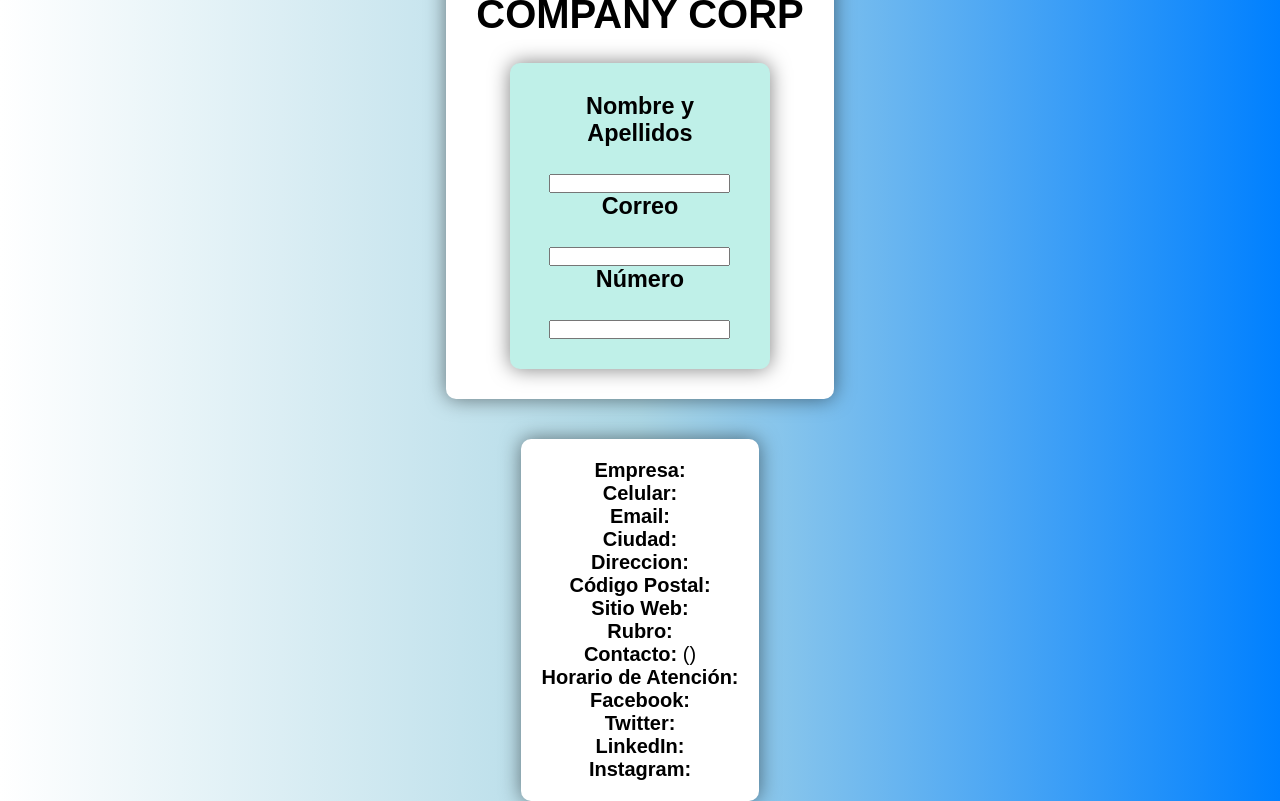
Repository: ANGELEDU141/TAREAWEBEWJASJDASJ
Page: http://localhost/JAVAWEBTAREA/WEB-INF/views/contenido.jsp
An editor plug-in stored every save of this project. The page is shown before and after the next save, followed by the edit.
The browser window is 1280 px wide. The pictures show the whole page.
The page is served by Tomcat 9. Nobody is signed in. Other server files are loaded and not shown. The template is opened directly, without the code that normally fills it, so the values that code supplies are empty.

Above is the page before, as saved 2024-09-01 10:06:40.

### JAVAWEBTAREA/src/main/webapp/WEB-INF/views/contenido.jsp
<%@ page language="java" contentType="text/html; charset=UTF-8"
    pageEncoding="UTF-8"%>
<!DOCTYPE html>
<html>
<head>
<meta charset="UTF-8">
<title> COMPANY </title>
<link rel="icon" href="https://static.vecteezy.com/system/resources/previews/008/214/517/non_2x/abstract-geometric-logo-or-infinity-line-logo-for-your-company-free-vector.jpg">
<style>
    body {


        height: 100vh;
        display: flex;
        align-items:center;
         flex-direction: column;
        justify-content: center; /* Centra horizontalmente */
        align-items: center; /* Centra verticalmente */
        font-family: Arial, sans-serif;
		background: linear-gradient(to right, rgb(255, 255, 255), rgb(173, 216, 230), rgb(0, 128, 255));

    }
    .container {

        max-width: 600px;
        display:flex;
   		flex-direction:column;
   		align-content:center;
   		justify-content: center;
   		align-items:center;
   		padding: 30px;

        background-color: white;
        box-shadow: 0px 0px 20px rgba(0, 0, 0, 0.5);
        text-align: center;
        border-radius: 10px;
        font-size: 20px;

    }

    .contac {

 		margin-top: 40px;
        max-width: 600px;
        padding:20px;
        background-color: white;
        box-shadow: 0px 0px 20px rgba(0, 0, 0, 0.5);
        text-align: center;
        border-radius: 10px;
        font-size: 20px;

        }




    .quest {



   		padding: 30px;
   		border:60px;
        max-width: 200px;
        background-color: rgba(191, 240, 232);
        box-shadow: 0px 0px 20px rgba(0, 0, 0, 0.5);
        text-align: center;
        border-radius: 10px;
        }

        .quest h3{
         margin: 0;
    padding:0px }


    .quest input{  margin: 0;
    padding:0px }



</style>
</head>
<body>
    <div class="container">
        <h1> COMPANY CORP </h1>


        <div class="quest">

        <h3>Nombre y Apellidos</h3><br>
        <input>
        <h3>Correo</h3><br>
        <input>
        <h3>Número</h3><br>
         <input>



        </div>
    </div>

    <div  class="contac">

		<b> Empresa:</b> ${empresa}<br>
		<b> Celular:</b> ${celular}<br>
		<b> Email:</b> ${email}<br>
		<b> Ciudad:</b> ${ciudad}<br>
	    <b>Direccion:</b> ${direccion}<br>
        <b>Código Postal:</b> ${código_postal}<br>
        <b>Sitio Web:</b> <a href="http://${sitio_web}" target="_blank">${sitio_web}</a><br>
        <b>Rubro:</b> ${rubro}<br>
        <b>Contacto:</b> ${contacto_nombre} (${contacto_puesto})<br>
        <b>Horario de Atención:</b> ${horario_atención}<br>
        <b>Facebook:</b> <a href="http://${facebook}" target="_blank">${facebook}</a><br>
        <b>Twitter:</b> <a href="http://${twitter}" target="_blank">${twitter}</a><br>
        <b>LinkedIn:</b> <a href="http://${linkedin}" target="_blank">${linkedin}</a><br>
        <b>Instagram:</b> <a href="http://${instagram}" target="_blank">${instagram}</a>


	</div>
</body>

After the next save:
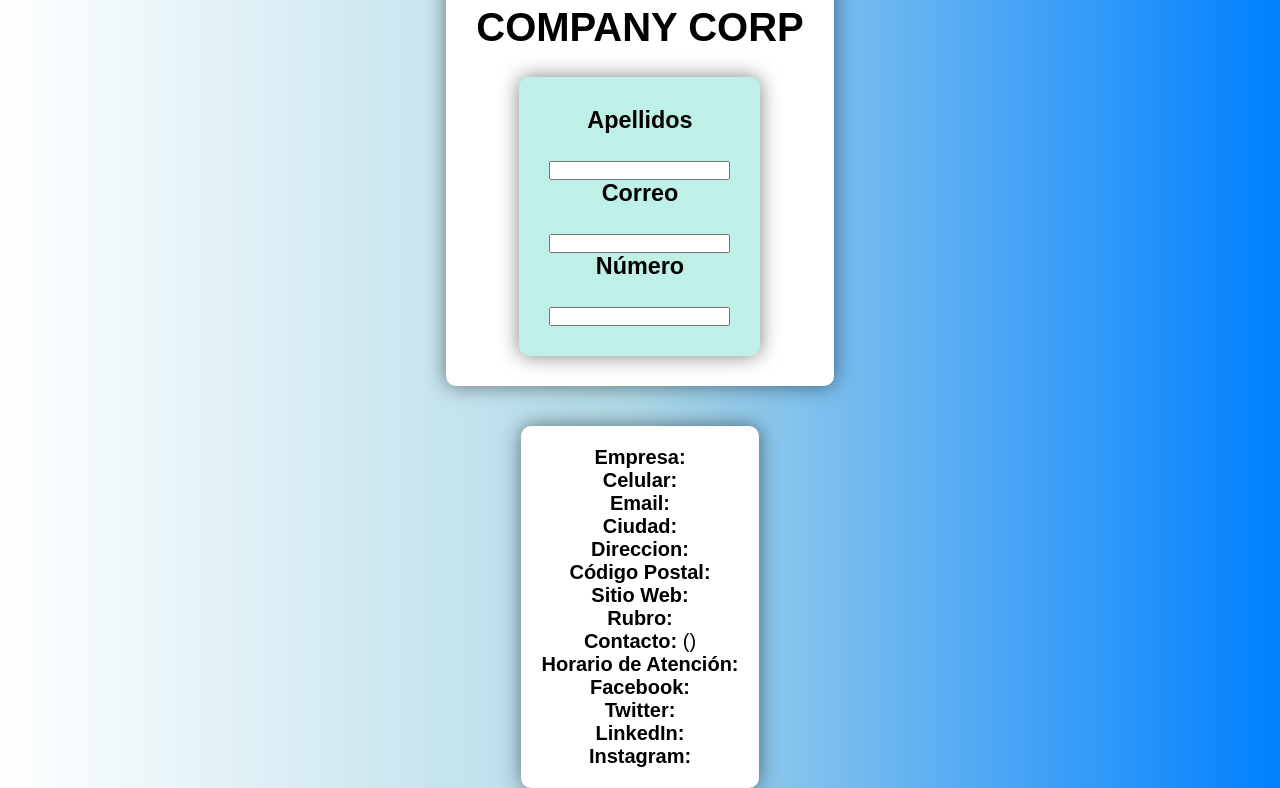
Saved 30 s later.
--- a/JAVAWEBTAREA/src/main/webapp/WEB-INF/views/contenido.jsp
+++ b/JAVAWEBTAREA/src/main/webapp/WEB-INF/views/contenido.jsp
@@ -86,7 +86,7 @@
 
         <div class="quest">
 
-        <h3>Nombre y Apellidos</h3><br>
+        <h3>Apellidos</h3><br>
         <input>
         <h3>Correo</h3><br>
         <input>
